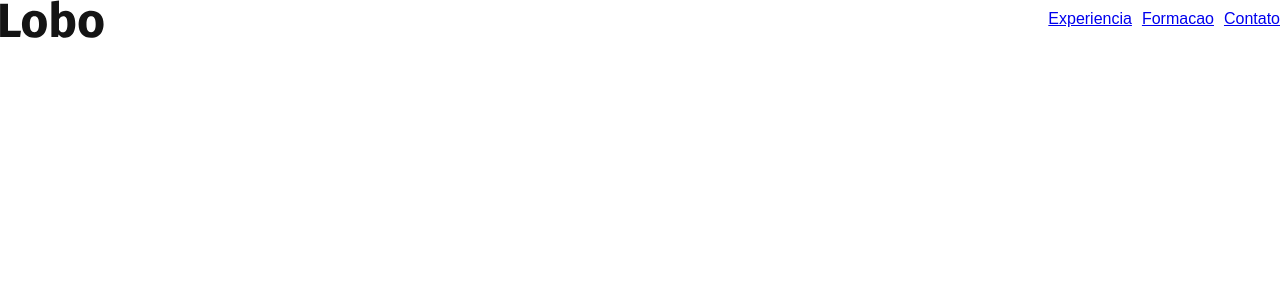
Repository: RflBueno/estudos
Page: Projeto Lobo/index.html
These files come from the project's save history. The page is drawn as it stood at one moment and after the next save; the edit follows.
The browser window is 1280 px wide. The pictures show the whole page.

Above is the page before, as saved 2025-03-27 23:27:50.

### Projeto Lobo/index.html
<!DOCTYPE html>
<html lang="en">
<head>
    <meta charset="UTF-8">
    <meta name="viewport" content="width=device-width, initial-scale=1.0">
    <link rel="stylesheet" href="./css/style.css">
    <title>Lobo - Desenvolvedor e Design</title>
</head>
<body>
    <header class="header">
        <img src="./img/marca.svg" alt="Lobo">
        <nav>
            <ul class="header-menu">
                <li><a href="#experiencia">Experiencia</a></li>
                <li><a href="#formacao">Formacao</a></li>
                <li><a href="#contato">Contato</a></li>
            </ul>
        </nav>
    </header>
</body>
</html>

### Projeto Lobo/css/style.css
@import './global.css';
@import './header.css';

### Projeto Lobo/css/global.css
body {
    font-family: 'Fira Sans', Arial, sans-serif;
    margin: 0px;
    color: #141414;
}

h1, h2, h3, h4, h5, h6, p {
    margin: 0px;
}

ul {
    list-style: none;
    padding: 0px;
    margin: 0px;
}

img {
    max-width: 100%;
    display: block;
}

### Projeto Lobo/css/header.css
.header {
    display: flex;
    justify-content: space-between;
    align-items: center;
}

.header-menu {
    display: flex;
    flex-wrap: wrap;
    gap: 10px;
}

After the next save:
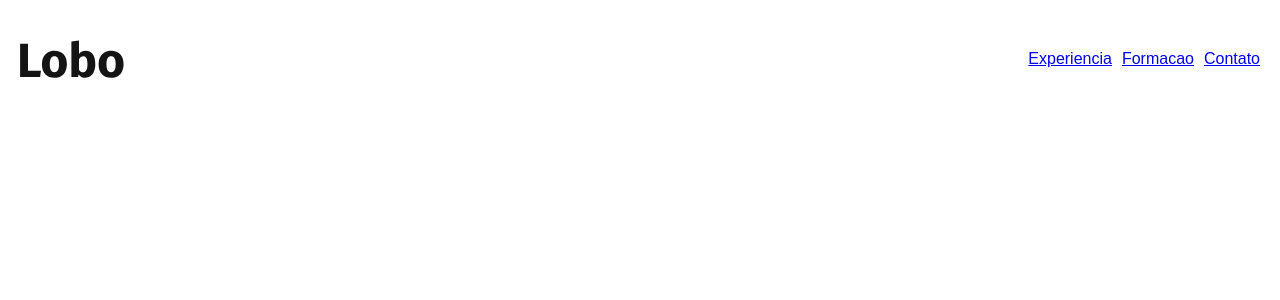
Saved 33 s later.
--- a/Projeto Lobo/css/header.css
+++ b/Projeto Lobo/css/header.css
@@ -1,4 +1,5 @@
 .header {
+    padding: 40px 20px;
     display: flex;
     justify-content: space-between;
     align-items: center;
